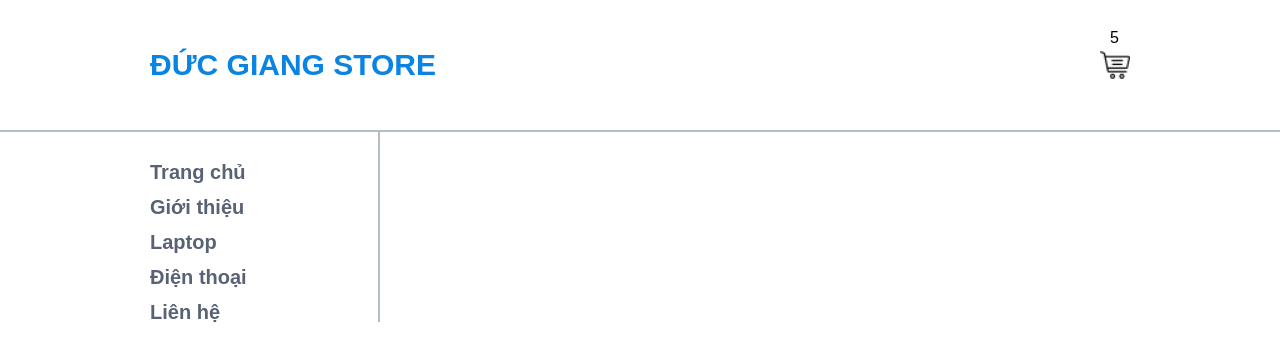
Repository: Giangattt123/PHP
Page: http://localhost/?page=home
An editor plug-in stored every save of this project. The page is shown before and after the next save, followed by the edit.
The browser window is 1280 px wide. The pictures show the whole page.
Some web libraries are served in a nearby version. The page is run by PHP 8.4 with error messages shown; the project is at /var/www/html/.

Above is the page before, as saved 2023-03-18 20:37:18.

### PHP_Shopping-Cart/Shopping_Cart/index.php
<?php
    require 'data/page.php';
    require 'data/product.php';
    require 'lib/template.php';
    require 'lib/reuse.php';
    require 'lib/pages.php';
    get_header();
?>
<?php
    $mod = !empty($_GET['mod']) ? $_GET['mod'] : 'home';
    $act = !empty($_GET['act']) ? $_GET['act'] : 'main';
    $path = "modules/{$mod}/{$act}.php";
    if(file_exists($path)){
        require $path;
    }else{

    }
?>
<?php

?>

### PHP_Shopping-Cart/Shopping_Cart/data/page.php
<?php
// Data page
$list_page = array(
    1 => array(
        'id' => 1,
        'page-title' => 'Giới thiệu',
        'create_at' => '08/03/2023' , // timestamp
        'page-content' =>"<p><strong> [Giới thiệu] </strong> Chào mừng đến với trang web bán laptop, PC của ĐỨC GIANG PC! Tại đây, chúng tôi cung cấp cho bạn một loạt các sản phẩm laptop PC chất lượng cao từ các thương hiệu hàng đầu trên thị trường. Chúng tôi cam kết mang đến cho bạn những sản phẩm chất lượng, giá cả hợp lý và dịch vụ chăm sóc khách hàng tốt nhất. Bạn có thể tìm thấy các sản phẩm từ các thương hiệu như Dell, HP, Asus, Lenovo và nhiều hơn nữa. Hãy truy cập trang web của chúng tôi và mua sắm ngay hôm nay để có được chiếc laptop PC tốt nhất cho nhu cầu của bạn. Cảm ơn đã ghé thăm trang web của chúng tôi!</p>"
    ),
    2 => array(
        'id' => 2,
        'page-title' => 'Liên hệ',
        'create_at' => '08/03/2023' , // timestamp
        'page-content' =>"<p><strong> [Liên hệ] </strong> Chúng tôi rất mong nhận được sự phản hồi từ bạn! Nếu bạn có bất kỳ câu hỏi, yêu cầu hoặc góp ý nào, xin vui lòng liên hệ với chúng tôi thông qua trang liên hệ của ĐỨC GIANG PC. Chúng tôi sẵn sàng trợ giúp bạn trong mọi vấn đề liên quan đến sản phẩm. Bạn có thể liên hệ với chúng tôi qua email, điện thoại hoặc mẫu liên hệ trực tuyến. Chúng tôi luôn sẵn sàng lắng nghe và giải quyết mọi thắc mắc của bạn, liên tục cải thiện trang web của mình và cung cấp cho bạn trải nghiệm tốt nhất có thể. Chân thành cảm ơn bạn đã quan tâm đến trang web của ĐỨC GIANG PC và hy vọng sớm nhận được thông tin từ bạn!</p>",
    )
)
?>

### PHP_Shopping-Cart/Shopping_Cart/data/product.php
<?php
#Danh mục
$list_product_cat = array(
    1 => array(
        'id' => 1,
        'cat_title' => "Điện thoại",
    ),
    2 => array(
        'id' => 2,
        'cat_title' => "Laptop",
    ),
);
#Dữ liệu sản phẩm
$list_product = array(
    1 => array(
        'id' => 1,
        'product_title' =>  'iPhone 13 256GB',
        'price' => 19990000,
        'code' => 'UNI#1',
        'product_desc' => 'Apple thỏa mãn sự chờ đón của iFan và người dùng với sự ra mắt của iPhone 13.',
        'product_thumb' => 'https://img.tgdd.vn/imgt/f_webp,fit_outside,quality_100/https://cdn.tgdd.vn/Products/Images/42/250258/iphone-13-starlight-1-600x600.jpg',
        'product_content' => "<p>Bộ vi xử lý Apple A15 mới gia tăng tốc độ CPU tới 50% và GPU đồ họa nhanh hơn 30% so với các đối thủ cạnh tranh trong cùng phân khúc, giúp iPhone 13 thể hiện sức mạnh khả năng xử lý ấn tượng hơn, mượt mà trên mọi tác vụ.</p><p><img src='https://cdn.tgdd.vn/Products/Images/42/250258/iphone-13-256gb-2.jpg'></p>",
        'cat_id' => 1,
    ),
    2 => array(
        'id' => 2,
        'product_title' =>  'iPhone 14 256GB',
        'price' => 22990000,
        'code' => 'UNI#2',
        'product_desc' => 'Mới đây thì tại sự kiện ra mắt sản phẩm mới thường niên đến từ nhà Apple thì chiếc điện thoại iPhone 14 256GB cũng đã chính thức lộ diện',
        'product_thumb' => 'https://img.tgdd.vn/imgt/f_webp,fit_outside,quality_100/https://cdn.tgdd.vn/Products/Images/42/289663/iPhone-14-plus-thumb-den-600x600.jpg',
        'product_content' => "<p>Được hoàn thiện với những vật liệu cao cấp khi mặt lưng làm từ kính cùng bộ khung nhôm chắc chắn, điều này làm cho chiếc máy của bạn trở nên sang trọng và đẳng cấp hơn.</p><p><img src='https://cdn.tgdd.vn/Products/Images/42/289663/iphone-14-256gb-080922-035413.jpg'></p>",
        'cat_id' => 1,
    ),
    3 => array(
        'id' => 3,
        'product_title' =>  'OPPO A57 128GB' ,
        'price' => 4590000,
        'code' => 'UNI#3',
        'product_desc' => 'OPPO đã bổ sung thêm vào dòng sản phẩm OPPO A giá rẻ một thiết bị mới có tên OPPO A57 128GB.',
        'product_thumb' => 'https://img.tgdd.vn/imgt/f_webp,fit_outside,quality_100/https://cdn.tgdd.vn/Products/Images/42/285082/oppo-a57-den-thumb-600x600.jpeg',
        'product_content' => "<p>Khác với mẫu A57 5G đã được ra mắt trước đó, điện thoại dòng A mới có màn hình HD+, camera chính 13 MP và pin 5000 mAh.</p><p><img src='https://cdn.tgdd.vn/Products/Images/42/282090/oppo-a57-4g-2_1280x720.jpg'></p>",
        'cat_id' => 1,
    ),
    4 => array(
        'id' => 4,
        'product_title' =>  'MacBook Pro 13',
        'price' => 30490000,
        'code' => 'UNI#4',
        'product_desc' => 'Đặc điểm nổi bật của MacBook Pro 13" 2020 Touch Bar M1 512GB',
        'product_thumb' => 'https://images.fpt.shop/unsafe/fit-in/214x214/filters:quality(90):fill(white)/fptshop.com.vn/Uploads/Originals/2022/6/7/637901935364438149_macbook-pro-m2-2022-xam-dd.jpg',
        'product_content' => "<p> MacBook Pro M1 13 inch 2020 Touch Bar mới với bộ vi xử lý Apple M1 cho bạn hiệu suất và thời lượng pin tuyệt vời nhất từ trước đến nay, mang đến hiệu năng chuyên nghiệp để hoàn thành những công việc chuyên nghiệp.</p><p><img src='https://images.fpt.shop/unsafe/filters:quality(90)/fptshop.com.vn/Uploads/images/2015/Tin-Tuc/QuanLNH2/macbook-pro-13-m1-1.jpg'></p>",
        'cat_id' => 2,
    ),
    5 => array(
        'id' => 5,
        'product_title' =>  'MacBook Pro 14',
        'price' => 52490000,
        'code' => 'UNI#5',
        'product_desc' => 'Đặc điểm nổi bật của MacBook Pro 14 2023 M2 Pro 10CPU 16GPU 16GB/512GB',
        'product_thumb' => 'https://images.fpt.shop/unsafe/fit-in/240x215/filters:quality(90):fill(white)/fptshop.com.vn/Uploads/Originals/2023/1/18/638096308244034700_macbook-pro-14-2023-m2-pro-10cpu-16gpu-bac-dd.jpg',
        'product_content' => "<p>Phiên bản chuyên nghiệp dành cho những người chuyên nghiệp, MacBook Pro 2023 14 inch với chip M2 Pro đem lại nguồn sức mạnh ấn tượng và vượt xa thế hệ cũ.</p><p><img src='https://fptshop.com.vn/Uploads/images/2015/Tin-Tuc/DuyLe/Android/Gionee/Macbook-pro-14-2023-m2-pro-3.jpg'></p>",
        'cat_id' => 2,
    ),
    6 => array(
        'id' => 6,
        'product_title' =>  'MacBook Pro 15',
        'price' => 65490000,
        'code' => 'UNI#6',
        'product_desc' => 'Đặc điểm nổi bật của MacBook Pro 16" 2021 M1 Pro Ram 32GB',
        'product_thumb' => 'https://images.fpt.shop/unsafe/fit-in/240x215/filters:quality(90):fill(white)/fptshop.com.vn/Uploads/Originals/2021/10/20/637703174146015116_macbook-pro-16-2021-xam-dd.jpg',
        'product_content' => "<p>MacBook Pro 16 inch 2021 chính là dòng máy tính xách tay mạnh nhất thế giới hiện nay với sức mạnh tối thượng từ bộ vi xử lý M1 Pro.</p><p><img src='https://fptshop.com.vn/Uploads/images/2015/Tin-Tuc/QuanLNH2/macbook-pro-16-real-life-2.jpg'></p>",
        'cat_id' => 2,
    ),
);

### PHP_Shopping-Cart/Shopping_Cart/lib/template.php
<?php
function get_header($version = ''){
    if(!empty($version)){
        $path_header = "inc/header-{$version}.php";
    }else{
        $path_header = "inc/header.php";
    }
    if(file_exists($path_header)){
        require $path_header;
    }else{
        echo "Không tồn tại đường dẫn {$path_header}";
    }
}
function get_footer($version = ''){
    if(!empty($version)){
        $path_footer = "inc/footer-{$version}.php";
    }else{
        $path_footer = "inc/footer.php";
    }
    if(file_exists($path_footer)){
        require $path_footer;
    }else{
        echo "Không tồn tại đường dẫn {$path_footer}";
    }

}
function get_sidebar(){
    require 'inc/sidebar.php';
}
?>

### PHP_Shopping-Cart/Shopping_Cart/lib/reuse.php
<?php
     function show_array($data){
        if(is_array($data)){
            echo "<pre>";
            print_r($data);
            echo "</pre>";
        }
    }
?>

### PHP_Shopping-Cart/Shopping_Cart/lib/pages.php
<?php
    function get_page_by_id($id){
        global $list_page;
        if(array_key_exists($id , $list_page)){
            return $list_page[$id];
        }
        return false;
    }

    // function show_array($data){
    //     if(is_array($data)){
    //         echo "<pre>";
    //         print_r($data);
    //         echo "</pre>";
    //     }
    //}
?>

### PHP_Shopping-Cart/Shopping_Cart/inc/header.php
<!DOCTYPE html>
<html lang="en">

<head>
    <meta charset="UTF-8">
    <meta http-equiv="X-UA-Compatible" content="IE=edge">
    <meta name="viewport" content="width=device-width, initial-scale=1.0">
    <title>ĐỨC GIANG STORE</title>
    <link rel="stylesheet" href="public/css/reset.css">
    <link rel="stylesheet" href="public/css/style.css">
    <link rel="stylesheet" href="https://cdnjs.cloudflare.com/ajax/libs/font-awesome/6.3.0/css/all.min.css"
        integrity="sha512-SzlrxWUlpfuzQ+pcUCosxcglQRNAq/DZjVsC0lE40xsADsfeQoEypE+enwcOiGjk/bSuGGKHEyjSoQ1zVisanQ=="
        crossorigin="anonymous" referrerpolicy="no-referrer" />
    <script src="public/js/main.js"></script>
</head>

<body>
    <div class="wrapper">
        <div class="wrapper-content">
            <div class="header">
                <div class="header-content">
                    <div class="item-left">
                        <a href="?page=home" class="logo">ĐỨC GIANG STORE</a>
                    </div>
                    <div class="item-right">
                        <div class="cart">
                            <a href="" class="cart-icon">
                                <img src="public/images/icon-cart.png" alt="Icon_Cart" class="icon-image">
                            </a>
                            <span class="cart-number">5</span>
                        </div>
                    </div>
                </div>
            </div>
            <!-- end header -->

### PHP_Shopping-Cart/Shopping_Cart/modules/home/main.php
<div class="content">
    <div class="content-container">
        <div class="menu-select">
            <ul class="menu">
                <li class="menu-item">
                    <a href="" class="cards" onclick="toggleActive(this)">Trang chủ</a>
                </li>
                <li class="menu-item">
                    <a href="?mod=page&act=detail&id=1" class="cards" onclick="toggleActive(this)">Giới thiệu</a>
                </li>
                <li class="menu-item">
                    <a href="" class="cards" onclick="toggleActive(this)">Laptop</a>
                </li>
                <li class="menu-item">
                    <a href="" class="cards" onclick="toggleActive(this)">Điện thoại</a>
                </li>
                <li class="menu-item">
                    <a href="?mod=page&act=detail&id=2" class="cards" onclick="toggleActive(this)">Liên hệ</a>
                </li>
            </ul>
        </div>

        <div class="menu-content">

        </div>
    </div>
</div>
<!-- end content -->

### PHP_Shopping-Cart/Shopping_Cart/public/css/style.css
* {
  box-sizing: border-box;
}
html {
  font-size: 62.5%;
}
body {
  font-family: "Poppins", sans-serif;
  font-size: 1.6rem;
  font-weight: normal;
}
img {
  display: block;
  max-width: 100%;
}
.header-content {
  display: flex;
  justify-content: space-between;
  margin-left: 150px;
  margin-right: 150px;
  padding: 50px 0px;
  /* border-bottom: 1px solid #f00; */
}
.item-left .logo {
  font-size: 3rem;
  color: #0984e3;
  font-weight: bold;
}
.cart {
  position: relative;
  display: flex;
  align-items: center;
}
.cart .cart-icon .icon-image {
  width: 30px;
  height: 30px;
}
.cart .cart-number {
  position: absolute;
  top: -20px;
  left: 10px;
}
.header {
  border-bottom: 2px solid #b2bec3;
}
.content-container {
  display: flex;
}
.menu-select {
  width: 18%;
  margin-left: 150px;
  font-size: 2rem;
  /* margin-top: 30px; */
  border-right: 2px solid #b2bec3;
  min-height: 100%;
}
.menu-content {
  width: 80px;
}
.menu-select ul.menu li:not(:first-child) {
  margin-top: 15px;
  color: #0984e3;
}
.menu {
  margin-top: 30px;
}
a {
  color: #596275;
  font-weight: bold;
}
a.active:active,
a.active:focus {
  color: plum;
}

### PHP_Shopping-Cart/Shopping_Cart/public/js/main.js
function toggleActive(selected) {
  let cards = document.querySelectorAll(".cards");
  for (let i = 0; i < cards.length; i++) {
    cards[i].classList.remove("active");
  }
  selected.classList.add("active");
}

Loaded but not shown: PHP_Shopping-Cart/Shopping_Cart/public/css/reset.css (common file)

After the next save:
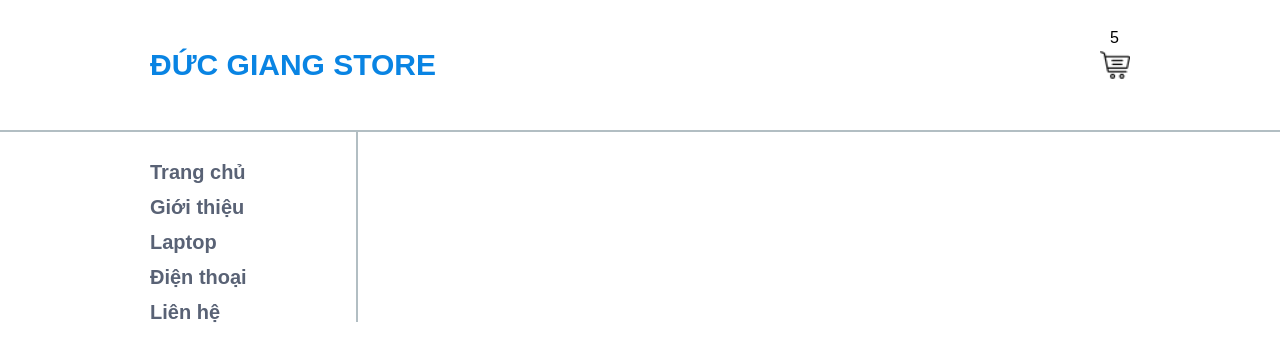
Saved 2 min 29 s later.
--- a/PHP_Shopping-Cart/Shopping_Cart/public/css/style.css
+++ b/PHP_Shopping-Cart/Shopping_Cart/public/css/style.css
@@ -55,7 +55,7 @@ img {
   min-height: 100%;
 }
 .menu-content {
-  width: 80px;
+  width: 80%;
 }
 .menu-select ul.menu li:not(:first-child) {
   margin-top: 15px;
